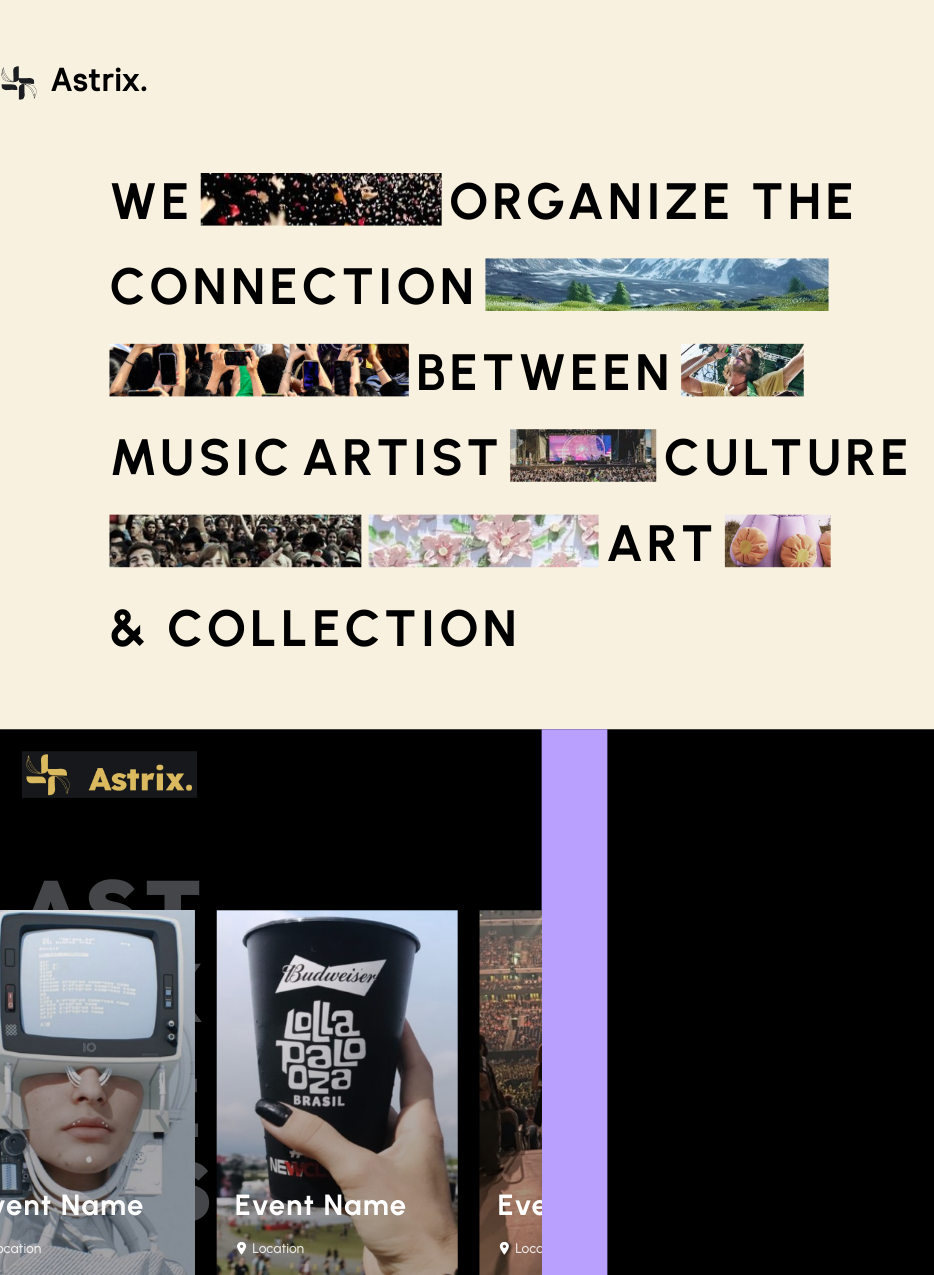
Repository: sharma171/astrix
Page: /
The author's editor kept a copy of each file at every save. The page is drawn from the files as they stood at one save, then again after the next save.
The browser window is 1280 px wide. The pictures show the whole page, at 73% of full size.
The project was rebuilt for these pictures with package versions that can differ from the ones it lists, and the page was loaded fresh each time.

Above is the page before, as saved 2024-05-20 15:44:32.

After the next save:
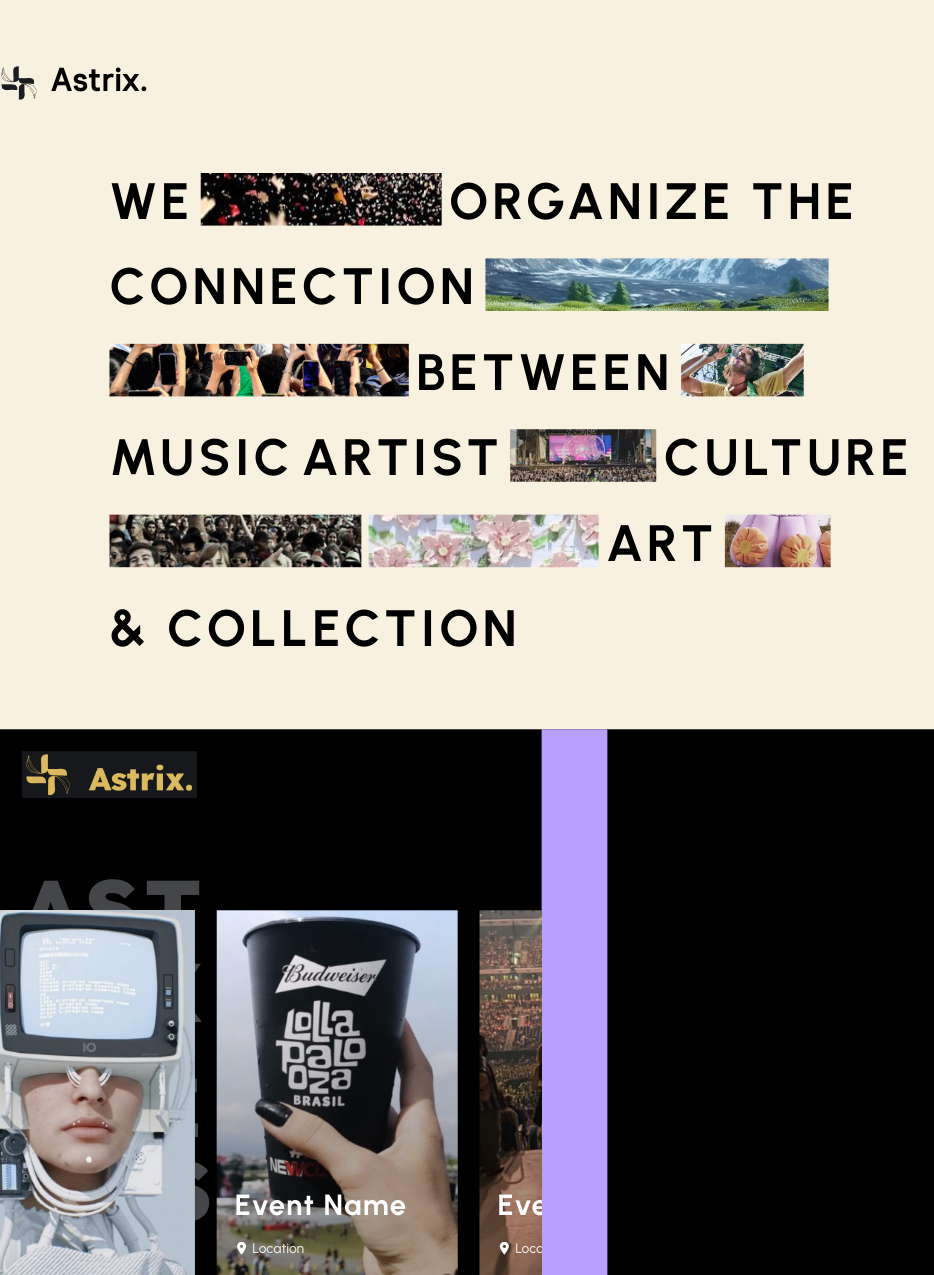
Saved 8 s later.
--- a/src/component/home.css
+++ b/src/component/home.css
@@ -87,7 +87,7 @@
 .homesection .car-col .carousel-inner .carousel-box .car-item:nth-child(2) .overlay {
     animation-name: visible2;
     animation-delay: 2s;
-    animation-duration: 7.6s;
+    animation-duration: 14s;
     animation-iteration-count:infinite;
     animation-timing-function: ease-in-out;
     opacity: 0;
